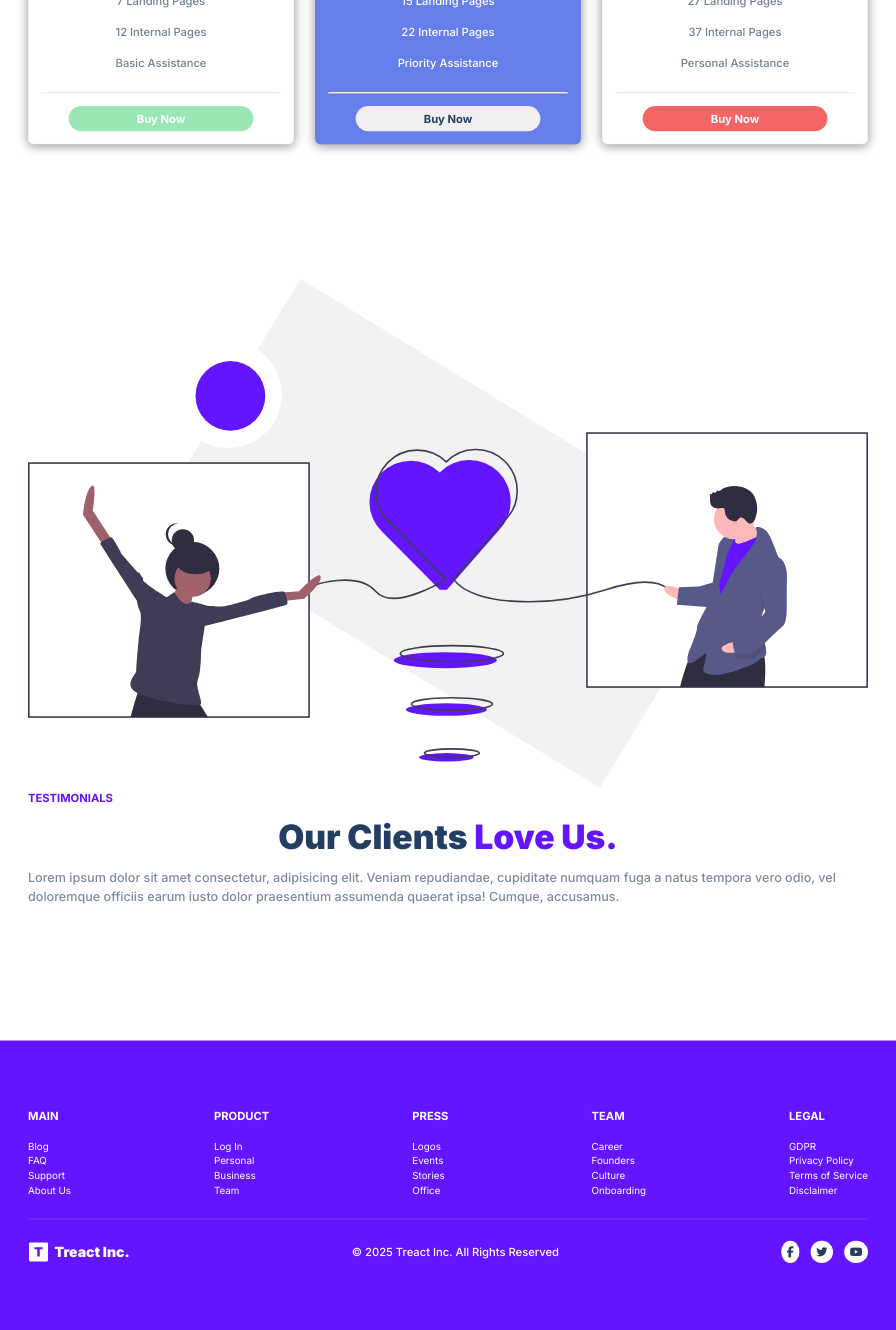
Repository: avivanguyen/m2_fianlProject
Page: index.html
The author's editor kept a copy of each file at every save. The page is drawn from the files as they stood at one save, then again after the next save.
The browser window is 1280 px wide. The pictures show the part of the page from y = 4279 to 6199 px (the page is 6179 px tall before and 6199 px after), at 70% of full size.
Some web libraries are served in a nearby version.

Above is the page before, as saved 2025-12-11 11:18:45.

### index.html
<!DOCTYPE html>
<html lang="en">
<head>
    <meta charset="UTF-8">
    <meta name="viewport" content="width=device-width, initial-scale=1.0">
    <title>Styling Project</title>
    <link rel="stylesheet" href="styles.css">
    <script src="https://kit.fontawesome.com/2588cf0bac.js" crossorigin="anonymous"></script>
    <script src="index.js"></script>
</head>
<body>
    <section id="landing">
        <nav>
            <div class="row nav__row">
                <div class="nav__logo">
                    <img src="./assets/logo.2c489fc453a1783cbadacf914efa3df6.svg" alt="logo" class="nav__logo--img">
                    <div class="nav__logo--title">
                        Treact
                    </div>
                </div>
                <div class="nav__links">
                    <a href="" class="nav__link">About</a>
                    <a href="" class="nav__link">Blog</a>
                    <a href="" class="nav__link">Pricing</a>
                    <a href="" class="nav__link">Contact Us</a>
                    <a href="" class="nav__link login">Login</a>
                    <a href="" class="nav__link nav__link--primary">Sign Up</a>
                </div>
                <button class="btn__menu" onclick="openMenu()">
                    <i class="fa-solid fa-bars"></i>
                </button>
                <div class="menu__backdrop">
                    <button class="btn__menu btn__menu--close" onclick="closeMenu()">
                            <i class="fa-solid fa-x"></i>
                        </button>
                    <ul class="menu__links">
                        <li class="menu__list"><a href="" class="menu__link"></a>About</li>
                        <li class="menu__list"><a href="" class="menu__link"></a>Blog</li>
                        <li class="menu__list"><a href="" class="menu__link"></a>Pricing</li>
                        <li class="menu__list"><a href="" class="menu__link"></a>Contact Us</li>
                        <li class="menu__list"><a href="" class="menu__link"></a>Login</li>
                        <li class="menu__list nav__link--primary"><a href="" class="menu__link"></a>Sign Up</li>
                    </ul>
                </div>
            </div>
        </nav>

        <header class="container">
            <div class="row">
                <div class="header__description">
                    <h1>
                        Beautiful React Templates <span class="purple">for you.</span>
                    </h1>
                    <div class="header__description--para">
                        Our templates are easy to setup, understand and customize. Fully modular components with a variety of pages and components.
                    </div>
                    <div class="header__email">
                        <input type="text" class="header__email--input" placeholder="Your E-mail Address">
                        <button class="header__email--btn">Get Started</button>
                    </div>
                    <p class="header__customers--title">OUR TRUSTED CUSTOMERS</p>
                    <img src="./assets/customers-logo-strip.680ac7c2e8ae28161d2c.png" class="header__customers" alt="logos">
                </div>

                <figure class="header__img--wrapper">
                    <img src="./assets/design-illustration-2.6da6a00b20c07c4a9b65d1870679e1b8.svg" alt="hero image" class="header__img">
                </figure>
            </div>
        </header>
    </section>

    <main>
        <section id="features">
            <div class="container">
                <div class="row">
                    <h4 class="section__tag">FEATURES</h4>
                    <h2 class="section__title">
                        We Have Amazing <span class="purple">Service.</span>
                    </h2>
                    <div class="section__para">
                        Lorem ipsum dolor sit amet consectetur adipisicing elit. Maxime facilis assumenda architecto aliquam. Consequatur vero dolorum ut aspernatur quae beatae voluptates quam, nulla assumenda doloremque voluptatum laboriosam dolor unde rem.
                    </div>
                    <div class="features">
                        <div class="feature__row">
                            <figure class="feature__img--wrapper">
                                <img src="./assets/shield-icon.daefe14b320b14fbd9cbd18908ac93ec.svg" alt="" class="feature__img">
                            </figure>
                            <div class="feature__text">
                                <h2 class="feature__title">Secure</h2>
                                <p class="feature__para">
                                    Lorem ipsum dolor sit amet consectetur adipisicing elit. Ea veritatis delectus nihil maxime ipsam hic odio reprehenderit error.
                                </p>
                            </div>
                        </div>
                        <div class="feature__row">
                            <figure class="feature__img--wrapper">
                                <img src="./assets/support-icon.f9253ffa8cb6ffde5bbaa05eb5136375.svg" alt="" class="feature__img">
                            </figure>
                            <div class="feature__text">
                                <h2 class="feature__title">24/7 Support</h2>
                                <p class="feature__para">
                                    Lorem ipsum dolor sit amet consectetur adipisicing elit. Ea veritatis delectus nihil maxime ipsam hic odio reprehenderit error.
                                </p>
                            </div>
                        </div>
                        <div class="feature__row">
                            <figure class="feature__img--wrapper">
                                <img src="./assets/customize-icon.367468c90fd796009b97fbfba67b2c6a.svg" alt="" class="feature__img">
                            </figure>
                            <div class="feature__text">
                                <h2 class="feature__title">Customizable</h2>
                                <p class="feature__para">
                                    Lorem ipsum dolor sit amet consectetur adipisicing elit. Ea veritatis delectus nihil maxime ipsam hic odio reprehenderit error.
                                </p>
                            </div>
                        </div>
                        <div class="feature__row">
                            <figure class="feature__img--wrapper">
                                <img src="./assets/reliable-icon.1367510a8f0a1bec76dc425d25f92f43.svg" alt="" class="feature__img">
                            </figure>
                            <div class="feature__text">
                                <h2 class="feature__title">Reliable</h2>
                                <p class="feature__para">
                                    Lorem ipsum dolor sit amet consectetur adipisicing elit. Ea veritatis delectus nihil maxime ipsam hic odio reprehenderit error.
                                </p>
                            </div>
                        </div>
                        <div class="feature__row">
                            <figure class="feature__img--wrapper">
                                <img src="./assets/fast-icon.dbb971a73d4805d2fc3bcdacdb55beba.svg" alt="" class="feature__img">
                            </figure>
                            <div class="feature__text">
                                <h2 class="feature__title">Fast</h2>
                                <p class="feature__para">
                                    Lorem ipsum dolor sit amet consectetur adipisicing elit. Ea veritatis delectus nihil maxime ipsam hic odio reprehenderit error.
                                </p>
                            </div>
                        </div>
                        <div class="feature__row">
                            <figure class="feature__img--wrapper">
                                <img src="./assets/simple-icon.673b7e1750b2a4ef32907fc164828d00.svg" alt="" class="feature__img">
                            </figure>
                            <div class="feature__text">
                                <h2 class="feature__title">Easy</h2>
                                <p class="feature__para">
                                    Lorem ipsum dolor sit amet consectetur adipisicing elit. Ea veritatis delectus nihil maxime ipsam hic odio reprehenderit error.
                                </p>
                            </div>
                        </div>
                    </div>
                </div>
            </div>
        </section>

        <section id="quality">
            <div class="container">
                <div class="row">
                    <div class="quality__description">
                        <div class="section__tag">QUALITY WORK</div>
                        <h2 class="section__title">Designed & Developed by <span class="purple">Professionals.</span> </h2>
                        <p class="section__para">
                            Lorem ipsum dolor sit amet consectetur adipisicing elit. Quibusdam nihil dolorem temporibus accusantium nulla fuga natus! Eveniet assumenda, quia unde alias accusamus, placeat magni quasi, neque voluptas voluptatibus sint optio!
                        </p>
                        <button class="btn">Learn More</button>
                    </div>
                    <figure class="quality__img--wrapper">
                        <img src="./assets/hero-screenshot-1.40a097b525c2f8c9808e.png" class="quality__img" alt="">
                    </figure>
                </div>
            </div>
        </section>

        <section id="steps">
            <div class="container">
                <div class="row">
                    <figure class="steps__img--wrapper">
                        <img src="./assets/hero-screenshot-2.241aac1fbc66db29d873.png" class="steps__img" alt="">
                    </figure>
                    <div class="steps__description">
                        <div class="section__tag">STEPS</div>
                        <h2 class="section__title">Easy to <span class="purple">Get Started.</span> </h2>
                        <div class="steps__list">
                            <div class="step">
                                <div class="step__number">01</div>
                                <div class="step__description">
                                    <div class="step__title">Register</div>
                                    <div class="step__para">Create an account with us using Google or Facebook.</div>
                                </div>
                            </div>
                            <div class="step">
                                <div class="step__number">02</div>
                                <div class="step__description">
                                    <div class="step__title">Download</div>
                                    <div class="step__para">Browse and Download the template that you like from the marketplace.</div>
                                </div>
                            </div>
                            <div class="step">
                                <div class="step__number">03</div>
                                <div class="step__description">
                                    <div class="step__title">Run</div>
                                    <div class="step__para">Follow the instructions to setup and customize the template to your needs.</div>
                                </div>
                            </div>
                        </div>
                    </div>
                </div>
            </div>
        </section>

        <section id="values">
            <div class="container">
                <div class="row">
                    <div class="values__description">
                        <div class="section__tag">VALUES</div>
                        <h2 class="section__title">
                            We Always Abide by Our <span class="purple">Principles.</span>
                        </h2>
                        <div class="section__para">
                            Lorem ipsum, dolor sit amet consectetur adipisicing elit. Dicta quasi aspernatur voluptatem aliquid maxime totam voluptas odit, magni aperiam qui distinctio corporis eveniet, laborum a vero fuga. Impedit, quibusdam officiis?
                        </div>
                        <div class="values__list">
                            <div class="value">
                                <div class="value__title">
                                    <figure class="value__img--wrapper1">
                                        <i class="fa-solid fa-dollar-sign"></i>
                                    </figure>
                                    <div class="value__name">Affordable</div>
                                </div>
                                <div class="value__para">We promise to offer you the best rare we can - at par with the industry standard.</div>
                            </div>
                            <div class="value">
                                <div class="value__title">
                                    <figure class="value__img--wrapper2">
                                        <i class="fa-solid fa-suitcase"></i>
                                    </figure>
                                    <div class="value__name">Professionalism</div>
                                </div>
                                <div class="value__para">We assure you that our templates are designed and created by professional designers.</div>
                            </div>
                        </div>
                        <button class="btn">Learn More</button>
                    </div>
                    <img src="./assets/prototype-illustration.21bc4b3f612a2f257c3d361067582485.svg" class="values__img" alt="">
                </div>
            </div>
        </section>

        <section id="pricing">
            <div class="container">
                <div class="row">
                    <div class="section__tag">Pricing</div>
                    <h2 class="section__title">Reasonable & Flexible <span class="purple">Plans.</span></h2>
                    <div class="section__para">
                        Lorem ipsum dolor sit amet consectetur adipisicing elit. Et minus, quia libero eos ab velit placeat inventore ipsam explicabo. Sint quidem tenetur amet officiis harum animi iste quo delectus itaque?
                    </div>
                    <div class="plans">
                        <div class="plan">
                            <div class="plan__stripe"></div>
                            <div class="plan__top">
                                <div class="plan__name">PERSONAL</div>
                                <div class="plan__price">$17.99</div>
                                <div class="plan__duration">MONTHLY</div>
                            </div>
                            <div class="plan__middle">
                                <div class="plan__target">For Individuals</div>
                                <p class="plan__feature">30 Templates</p>
                                <p class="plan__feature">7 Landing Pages</p>
                                <p class="plan__feature">12 Internal Pages</p>
                                <p class="plan__feature">Basic Assistance</p>
                            </div>
                            <div class="plan__bottom">
                                <button class="plan__button">Buy Now</button>
                            </div>
                        </div>
                        <div class="plan">
                            <div class="plan__stripe"></div>
                            <div class="plan__top">
                                <div class="plan__name">BUSINESS</div>
                                <div class="plan__price">$37.99</div>
                                <div class="plan__duration">MONTHLY</div>
                            </div>
                            <div class="plan__middle">
                                <div class="plan__target">For Small Businesses</div>
                                <p class="plan__feature">60 Templates</p>
                                <p class="plan__feature">15 Landing Pages</p>
                                <p class="plan__feature">22 Internal Pages</p>
                                <p class="plan__feature">Priority Assistance</p>
                            </div>
                            <div class="plan__bottom">
                                <button class="plan__button">Buy Now</button>
                            </div>
                        </div>
                        <div class="plan">
                            <div class="plan__stripe"></div>
                            <div class="plan__top">
                                <div class="plan__name">ENTERPRISE</div>
                                <div class="plan__price">$57.99</div>
                                <div class="plan__duration">MONTHLY</div>
                            </div>
                            <div class="plan__middle">
                                <div class="plan__target">For Large Companies</div>
                                <p class="plan__feature">90 Templates</p>
                                <p class="plan__feature">27 Landing Pages</p>
                                <p class="plan__feature">37 Internal Pages</p>
                                <p class="plan__feature">Personal Assistance</p>
                            </div>
                            <div class="plan__bottom">
                                <button class="plan__button">Buy Now</button>
                            </div>
                        </div>
                    </div>
                </div>
            </div>
        </section>

        <section id="testimonials">
            <div class="container">
                <div class="row">
                    <figure>
                        <img src="./assets/love-illustration.c759090fa833369ad6ffb6eb19cacb3e.svg" class="testimonials__img" alt="">
                    </figure>
                    <div class="testimonials__description">
                        <div class="section__tag">TESTIMONIALS</div>
                        <div class="section__title">Our Clients <span class="purple">Love Us.</span></div>
                        <div class="section__para">Lorem ipsum dolor sit amet consectetur, adipisicing elit. Veniam repudiandae, cupiditate numquam fuga a natus tempora vero odio, vel doloremque officiis earum iusto dolor praesentium assumenda quaerat ipsa! Cumque, accusamus.</div>
                        <div class="testimonial">
                            <div class="testimonial__rating"></div>

                        </div>
                    </div>
                </div>
            </div>
        </section>
    </main>

    <footer>
        <div class="row footer__row">
            <div class="footer__columns">
                <div class="footer__column">
                    <div class="footer__column--title">MAIN</div>
                    <a href="" class="footer__column--link">Blog</a>
                    <a href="" class="footer__column--link">FAQ</a>
                    <a href="" class="footer__column--link">Support</a>
                    <a href="" class="footer__column--link">About Us</a>
                </div>
                <div class="footer__column">
                    <div class="footer__column--title">PRODUCT</div>
                    <a href="" class="footer__column--link">Log In</a>
                    <a href="" class="footer__column--link">Personal</a>
                    <a href="" class="footer__column--link">Business</a>
                    <a href="" class="footer__column--link">Team</a>
                </div>
                <div class="footer__column">
                    <div class="footer__column--title">PRESS</div>
                    <a href="" class="footer__column--link">Logos</a>
                    <a href="" class="footer__column--link">Events</a>
                    <a href="" class="footer__column--link">Stories</a>
                    <a href="" class="footer__column--link">Office</a>
                </div>
                <div class="footer__column">
                    <div class="footer__column--title">TEAM</div>
                    <a href="" class="footer__column--link">Career</a>
                    <a href="" class="footer__column--link">Founders</a>
                    <a href="" class="footer__column--link">Culture</a>
                    <a href="" class="footer__column--link">Onboarding</a>
                </div>
                <div class="footer__column">
                    <div class="footer__column--title">LEGAL</div>
                    <a href="" class="footer__column--link">GDPR</a>
                    <a href="" class="footer__column--link">Privacy Policy</a>
                    <a href="" class="footer__column--link">Terms of Service</a>
                    <a href="" class="footer__column--link">Disclaimer</a>
                </div>
            </div>
            <div class="footer__divider"></div>
            <div class="footer__bottom">
                <a href="#" class="footer__logo">
                    <img src="./assets/logo-light.d9a5d1b5be5ea077b26864fdfc2e96a4.svg" class="footer__logo--img" alt="">
                    <h5 class="footer__logo--text">Treact Inc.</h5>
                </a>
                <div class="footer__copyright">© 2025 Treact Inc. All Rights Reserved</div>
                <div class="footer__socials">
                    <a href="" class="footer__social--link" alt="Facebook icon"><i class="fa-brands fa-facebook-f"></i></a>
                    <a href="" class="footer__social--link" alt="Twitter icon"><i class="fa-brands fa-twitter"></i></a>
                    <a href="" class="footer__social--link" alt="Youtube icon"><i class="fa-brands fa-youtube"></i></a>
                </div>
            </div>
        </div>
    </footer>
</body>
</html>

Loaded but not shown: index.js (7 lines, source omitted); styles.css (1151 lines, source omitted)

After the next save:
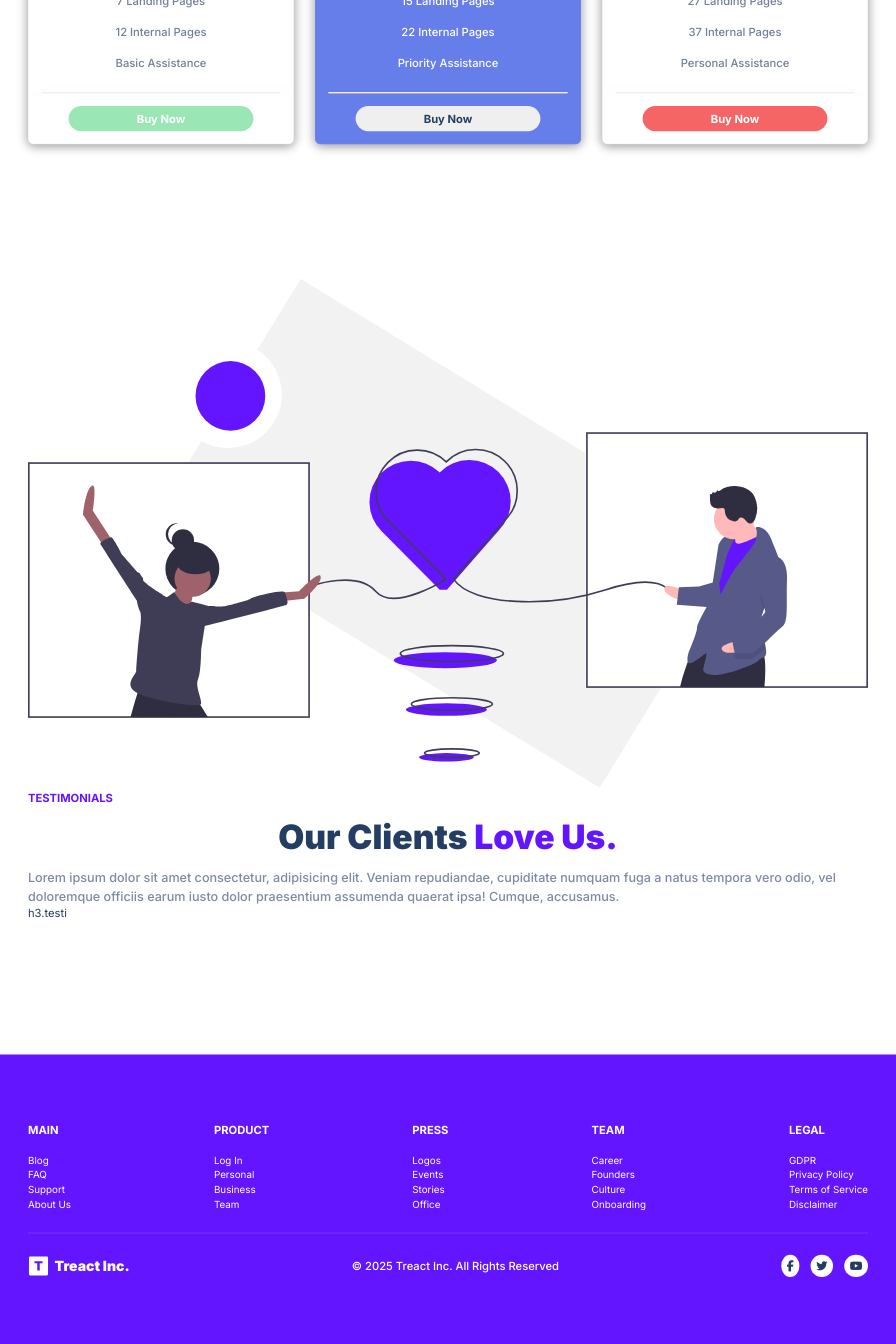
Saved 4 s later.
--- a/index.html
+++ b/index.html
@@ -325,7 +325,7 @@
                         <div class="section__para">Lorem ipsum dolor sit amet consectetur, adipisicing elit. Veniam repudiandae, cupiditate numquam fuga a natus tempora vero odio, vel doloremque officiis earum iusto dolor praesentium assumenda quaerat ipsa! Cumque, accusamus.</div>
                         <div class="testimonial">
                             <div class="testimonial__rating"></div>
-
+                            h3.testi
                         </div>
                     </div>
                 </div>
